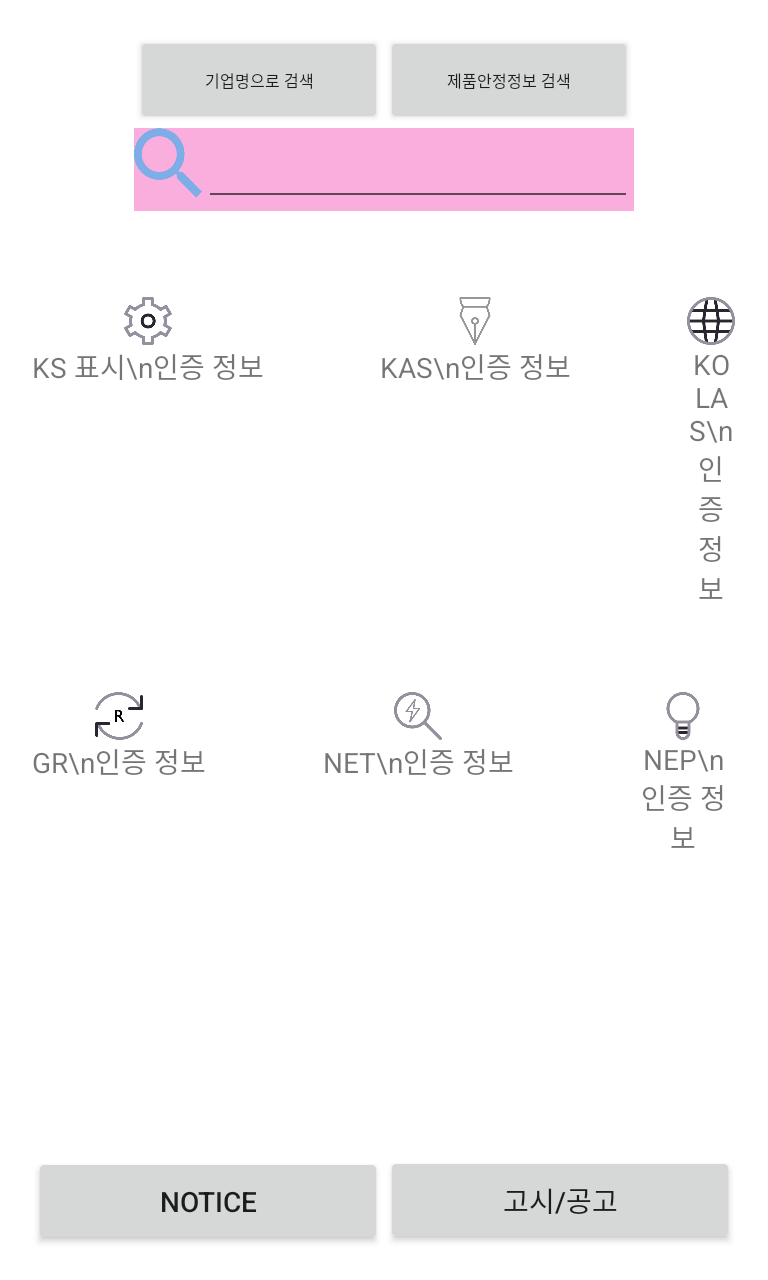
Repository: team-peony/ccfinder
Layout: android/CertifiedCompanyFinder/res/layout/fragment_main.xml
These files come from the project's save history. The layout is drawn as it stood at one moment and after a run of saves; the edit follows.
It is drawn on a 768 x 1280 px phone screen (xhdpi) without system bars, with theme AppTheme; the app's code is not run.

Above is the layout before, as saved 2015-02-18 17:12:33.

### android/CertifiedCompanyFinder/res/layout/fragment_main.xml
<RelativeLayout xmlns:android="http://schemas.android.com/apk/res/android"
    xmlns:tools="http://schemas.android.com/tools"
    android:layout_width="match_parent"
    android:layout_height="match_parent"
    android:paddingBottom="@dimen/activity_vertical_margin"
    android:paddingLeft="@dimen/activity_horizontal_margin"
    android:paddingRight="@dimen/activity_horizontal_margin"
    android:paddingTop="@dimen/activity_vertical_margin"
    android:background="#FFFFFF"
    tools:context="com.peony.ccfinder.MainActivity$PlaceholderFragment" >

    <!-- 검색어 입력창 부분 -->
    <LinearLayout
        android:id="@+id/main_llSearch"
        android:layout_centerHorizontal="true"
        android:layout_width="250dp"
        android:layout_height="wrap_content"
        android:orientation="vertical">

        <LinearLayout
            android:layout_width="match_parent"
            android:layout_height="wrap_content"
            android:orientation="horizontal">
            <Button
                android:id="@+id/main_btnCompany"
                android:layout_width="0dp"
                android:layout_height="wrap_content"
                android:layout_weight="1"
                android:padding="0dp"
                android:textSize="8sp"
                android:text="기업명으로 검색"/>

            <Button
                android:id="@+id/main_btnSafety"
                android:layout_width="0dp"
                android:layout_height="wrap_content"
                android:layout_weight="1"
                android:padding="0dp"
                android:textSize="8sp"
                android:text="제품안정정보 검색"/>

        </LinearLayout>

        <LinearLayout
            android:layout_width="match_parent"
            android:layout_height="wrap_content"
            android:orientation="horizontal"
            android:background="@color/cc_color_bage">

            <ImageView
                android:layout_width="34dp"
                android:layout_height="35dp"
                android:src="@drawable/search_icon" />

            <EditText
                android:id="@+id/main_etKeyword"
                android:layout_width="match_parent"
                android:layout_height="wrap_content"/>

        </LinearLayout>
    </LinearLayout>


    <!-- 카테고리 부분 -->
    <LinearLayout
        android:id="@+id/main_llCategories"
        android:layout_width="wrap_content"
        android:layout_height="wrap_content"
        android:layout_marginTop="43dp"
        android:orientation="vertical"
        android:layout_centerHorizontal="true"
        android:layout_below="@id/main_llSearch">
        <!-- 카테고리 상단 -->
        <LinearLayout
            android:layout_width="wrap_content"
            android:layout_height="wrap_content"
            android:orientation="horizontal">

            <!-- KS -->
            <LinearLayout
                android:id="@+id/main_llCategoryKs"
                android:layout_width="wrap_content"
                android:layout_height="wrap_content"
                android:orientation="vertical"
                android:gravity="center">
	            <ImageView
	                android:layout_width="@dimen/category_icon_size"
	                android:layout_height="@dimen/category_icon_size"
	                android:src="@drawable/ks_icon" />

	            <TextView
	                android:layout_width="wrap_content"
	                android:layout_height="wrap_content"
	                android:text="KS 표시\n인증 정보"
	                android:gravity="center"/>
	        </LinearLayout>

            <!-- KAS -->
            <LinearLayout
                android:id="@+id/main_llCategoryKas"
                android:layout_width="wrap_content"
                android:layout_height="wrap_content"
                android:layout_marginLeft="@dimen/category_padding"
                android:layout_marginRight="@dimen/category_padding"
                android:orientation="vertical"
                android:gravity="center">
	            <ImageView
	                android:layout_width="@dimen/category_icon_size"
	                android:layout_height="@dimen/category_icon_size"
	                android:src="@drawable/kas_icon" />

	            <TextView
	                android:layout_width="wrap_content"
	                android:layout_height="wrap_content"
	                android:text="KAS\n인증 정보"
	                android:gravity="center"/>
	        </LinearLayout>

            <!-- KOLAS -->
            <LinearLayout
                android:id="@+id/main_llCategoryKolas"
                android:layout_width="wrap_content"
                android:layout_height="wrap_content"
                android:orientation="vertical"
                android:gravity="center">
	            <ImageView
	                android:layout_width="@dimen/category_icon_size"
	                android:layout_height="@dimen/category_icon_size"
	                android:src="@drawable/kolas_icon" />

	            <TextView
	                android:layout_width="wrap_content"
	                android:layout_height="wrap_content"
	                android:text="KOLAS\n인증 정보"
	                android:gravity="center"/>
	        </LinearLayout>

        </LinearLayout>


        <!-- 카테고리 하단 -->
        <LinearLayout
            android:layout_marginTop="42dp"
            android:layout_width="wrap_content"
            android:layout_height="wrap_content"
            android:orientation="horizontal">
            <!-- GR -->
            <LinearLayout
                android:id="@+id/main_llCategoryGr"
                android:layout_width="wrap_content"
                android:layout_height="wrap_content"
                android:orientation="vertical"
                android:gravity="center">
	            <ImageView
	                android:layout_width="@dimen/category_icon_size"
	                android:layout_height="@dimen/category_icon_size"
	                android:src="@drawable/gr_icon" />

	            <TextView
	                android:layout_width="wrap_content"
	                android:layout_height="wrap_content"
	                android:text="GR\n인증 정보"
	                android:gravity="center"/>
	        </LinearLayout>

            <!-- NET -->
            <LinearLayout
                android:id="@+id/main_llCategoryNet"
                android:layout_width="wrap_content"
                android:layout_height="wrap_content"
                android:layout_marginLeft="@dimen/category_padding"
                android:layout_marginRight="@dimen/category_padding"
                android:orientation="vertical"
                android:gravity="center">
	            <ImageView
	                android:layout_width="@dimen/category_icon_size"
	                android:layout_height="@dimen/category_icon_size"
	                android:src="@drawable/net_icon" />

	            <TextView
	                android:layout_width="wrap_content"
	                android:layout_height="wrap_content"
	                android:text="NET\n인증 정보"
	                android:gravity="center"/>
	        </LinearLayout>

            <!-- NEP -->
            <LinearLayout
                android:id="@+id/main_llCategoryNep"
                android:layout_width="wrap_content"
                android:layout_height="wrap_content"
                android:orientation="vertical"
                android:gravity="center">
	            <ImageView
	                android:layout_width="@dimen/category_icon_size"
	                android:layout_height="@dimen/category_icon_size"
	                android:src="@drawable/nep_icon" />

	            <TextView
	                android:layout_width="wrap_content"
	                android:layout_height="wrap_content"
	                android:text="NEP\n인증 정보"
	                android:gravity="center"/>
	        </LinearLayout>

        </LinearLayout>

    </LinearLayout>

    <!-- 공지 사항 -->
    <LinearLayout
        android:id="@+id/main_llNoticeArea"
        android:layout_width="match_parent"
        android:layout_height="wrap_content"
        android:orientation="vertical"
        android:layout_alignParentBottom="true">

        <!-- 공지 탭 -->
        <LinearLayout
            android:layout_width="match_parent"
            android:layout_height="wrap_content"
            android:orientation="horizontal">
            <Button
	            android:id="@+id/btnTabNotice"
	            android:layout_width="0dp"
	            android:layout_height="wrap_content"
	            android:layout_weight="1"
	            android:text="NOTICE"/>

	        <Button
	            android:id="@+id/btnTabGosi"
	            android:layout_width="0dp"
	            android:layout_height="wrap_content"
	            android:layout_weight="1"
	            android:text="고시/공고"/>
        </LinearLayout>
    </LinearLayout>

</RelativeLayout>

### android/CertifiedCompanyFinder/res/values/styles.xml
<resources>

    <!--
        Base application theme, dependent on API level. This theme is replaced
        by AppBaseTheme from res/values-vXX/styles.xml on newer devices.
    -->
    <style name="AppBaseTheme" parent="Theme.AppCompat.Light">
        <!--
            Theme customizations available in newer API levels can go in
            res/values-vXX/styles.xml, while customizations related to
            backward-compatibility can go here.
        -->
    </style>

    <!-- Application theme. -->
    <style name="AppTheme" parent="AppBaseTheme">
        <!-- All customizations that are NOT specific to a particular API-level can go here. -->
    </style>

</resources>

### android/CertifiedCompanyFinder/res/values/dimens.xml
<resources>

    <!-- Default screen margins, per the Android Design guidelines. -->
    <dimen name="activity_horizontal_margin">16dp</dimen>
    <dimen name="activity_vertical_margin">16dp</dimen>
	<dimen name="category_icon_size">24dp</dimen>
	<dimen name="category_padding">58dp</dimen>
</resources>

### android/CertifiedCompanyFinder/res/values/colors.xml
<?xml version="1.0" encoding="utf-8"?>
<resources>
    <color name="cc_color_bage">#faaede</color>

</resources>

Loaded but not shown: android/CertifiedCompanyFinder/res/values-v11/styles.xml (common file); android/CertifiedCompanyFinder/res/values-v14/styles.xml (common file); android/CertifiedCompanyFinder/res/values-w820dp/dimens.xml (common file)

After the next 2 saves:
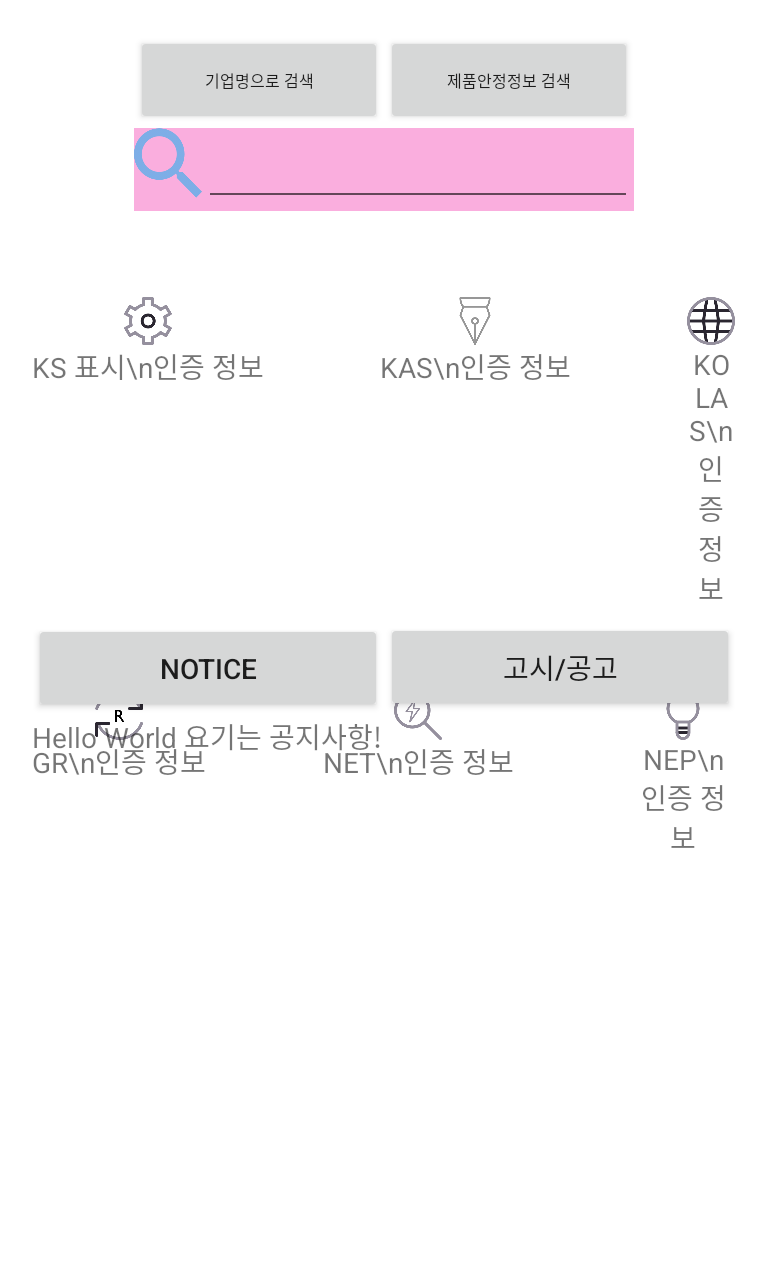
The 2 saves are shown as one change because 1 did not build or start.
The last was saved 70 s later.
--- a/android/CertifiedCompanyFinder/res/layout/fragment_main.xml
+++ b/android/CertifiedCompanyFinder/res/layout/fragment_main.xml
@@ -234,6 +234,18 @@
 	            android:layout_weight="1"
 	            android:text="고시/공고"/>
         </LinearLayout>
+
+        <TextView
+            android:layout_width="match_parent"
+            android:layout_height="150dp"
+            android:text="Hello World 요기는 공지사항!"/>
+
+        <Button
+	            android:id="@+id/btnTabGosi"
+	            android:layout_width="0dp"
+	            android:layout_height="wrap_content"
+	            android:layout_weight="1"
+	            android:text="고시/공고"/>
     </LinearLayout>
 
 </RelativeLayout>
